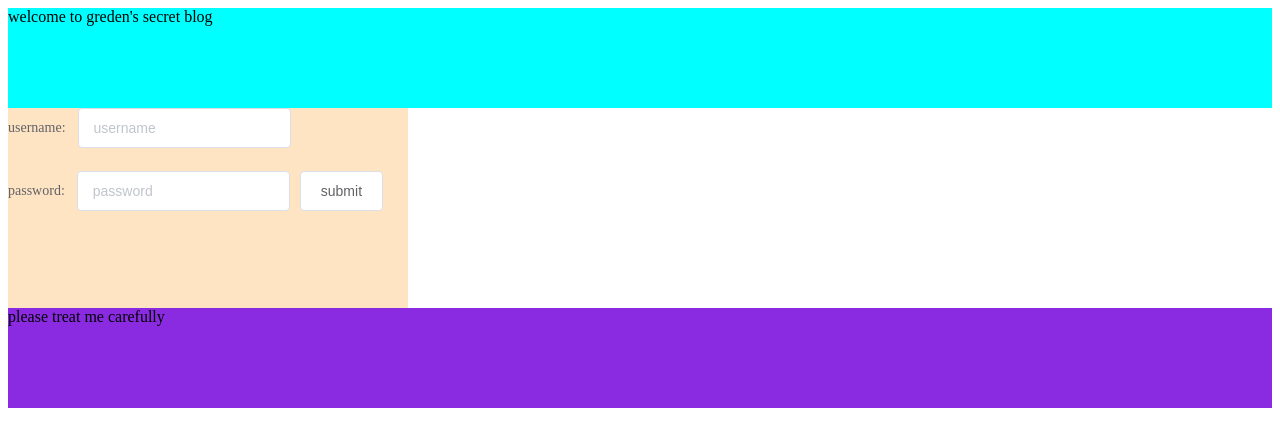
Repository: greden0814/myBlog
Page: /
These files come from the project's save history. The page is drawn as it stood at one moment and after the next save; the edit follows.
The browser window is 1280 px wide. The pictures show the whole page.
The project was rebuilt for these pictures with package versions that can differ from the ones it lists, and the page was loaded fresh each time.

Above is the page before, as saved 2021-07-14 22:05:26.

### index.html
<!DOCTYPE html>
<html>
  <head>
    <meta charset="utf-8">
    <meta name="viewport" content="width=device-width,initial-scale=1.0">
    <title>myblog</title>
  </head>
  <body>
    <div id="app"></div>
    <!-- built files will be auto injected -->
  </body>
</html>

### src/main.js
// The Vue build version to load with the `import` command
// (runtime-only or standalone) has been set in webpack.base.conf with an alias.
import Vue from 'vue'
import App from './App'
import router from './router'
import ElementUI from 'element-ui'
import axios from 'axios'
import 'element-ui/lib/theme-chalk/index.css'

Vue.use(ElementUI)
Vue.config.productionTip = false
Vue.prototype.$axios = axios

/* eslint-disable no-new */
new Vue({
  el: '#app',
  router,
  components: { App },
  template: '<App/>'
})

### src/App.vue
<template>
  <div id="app">
    <!-- <img src="./assets/logo.png"> -->
    <router-view/>
  </div>
</template>

<script>
export default {
  name: 'App'
}
</script>

<style></style>

### src/router/index.js
import Vue from 'vue'
import Router from 'vue-router'

Vue.use(Router)

export default new Router({
  routes: [
    {
      path: '/',
      name: 'login',
      component: () => import('@/views/login')
    }, {
      path: '/pages/indexPage',
      name: 'myblog',
      component: () => import('@/views/indexPage')
    }, {
      path: '/pages/myInfo',
      name: 'myInfo',
      component: () => import('@/views/myInfo')
    }
  ]
})

### src/views/login/index.vue
<template>
  <div class="loginPage">
    <div class="header">welcome to greden's secret blog</div>
    <div class="body">
      <div class="loginZone">
        <el-form ref="ruleForm" :model="ruleForm" label-width="80" inline>
          <el-form-item label="username: ">
            <el-input v-model="ruleForm.username" placeholder="username" />
          </el-form-item>
          <el-form-item label="password: ">
            <el-input v-model="ruleForm.password" placeholder="password" />
          </el-form-item>
          <el-button @click="submitForm">submit</el-button>
        </el-form>
        {{ submit }}
      </div>
    </div>
    <div class="footer">please treat me carefully</div>
  </div>
</template>

<script>
export default {
  data() {
    return {
      ruleForm: {
        username: "",
        password: "",
      },
      submit: "",
    };
  },
  created() {},
  methods: {
    submitForm() {
      this.submit = "already submit";
      this.$axios({
        method: "post",
        xhrFields: {
          withCredentials: true,
        },
        headers: {
          // "Content-Type" : 'application/x-www-form-urlencoded'
          "Content-Type": "application/json",
        },
        data: {
          username: this.ruleForm.username,
          password: this.ruleForm.password,
        },
        url: "http://localhost:3000/api/signin",
      }).then((res) => {
        console.log(res);
      });
    },
  },
};
</script>

<style lang="less" scoped>
.loginPage {
  .header {
    height: 100px;
    background-color: aqua;
  }
  .body {
    .loginZone {
      height: 200px;
      width: 400px;
      background-color: bisque;
    }
  }
  .footer {
    height: 100px;
    background-color: blueviolet;
  }
}
</style>

After the next save:
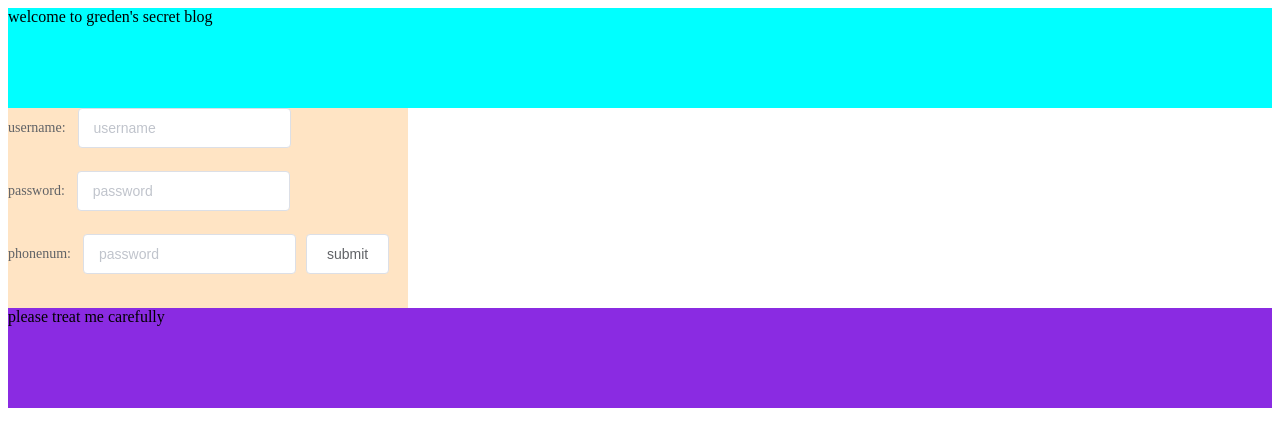
Saved 31 min 26 s later.
--- a/src/views/login/index.vue
+++ b/src/views/login/index.vue
@@ -9,6 +9,9 @@
           </el-form-item>
           <el-form-item label="password: ">
             <el-input v-model="ruleForm.password" placeholder="password" />
+          </el-form-item>
+          <el-form-item label="phonenum: ">
+            <el-input v-model="ruleForm.phonenum" placeholder="password" />
           </el-form-item>
           <el-button @click="submitForm">submit</el-button>
         </el-form>
@@ -26,6 +29,7 @@ export default {
       ruleForm: {
         username: "",
         password: "",
+        phonenum: "",
       },
       submit: "",
     };
@@ -46,6 +50,7 @@ export default {
         data: {
           username: this.ruleForm.username,
           password: this.ruleForm.password,
+          phonenum: this.ruleForm.phonenum,
         },
         url: "http://localhost:3000/api/signin",
       }).then((res) => {
